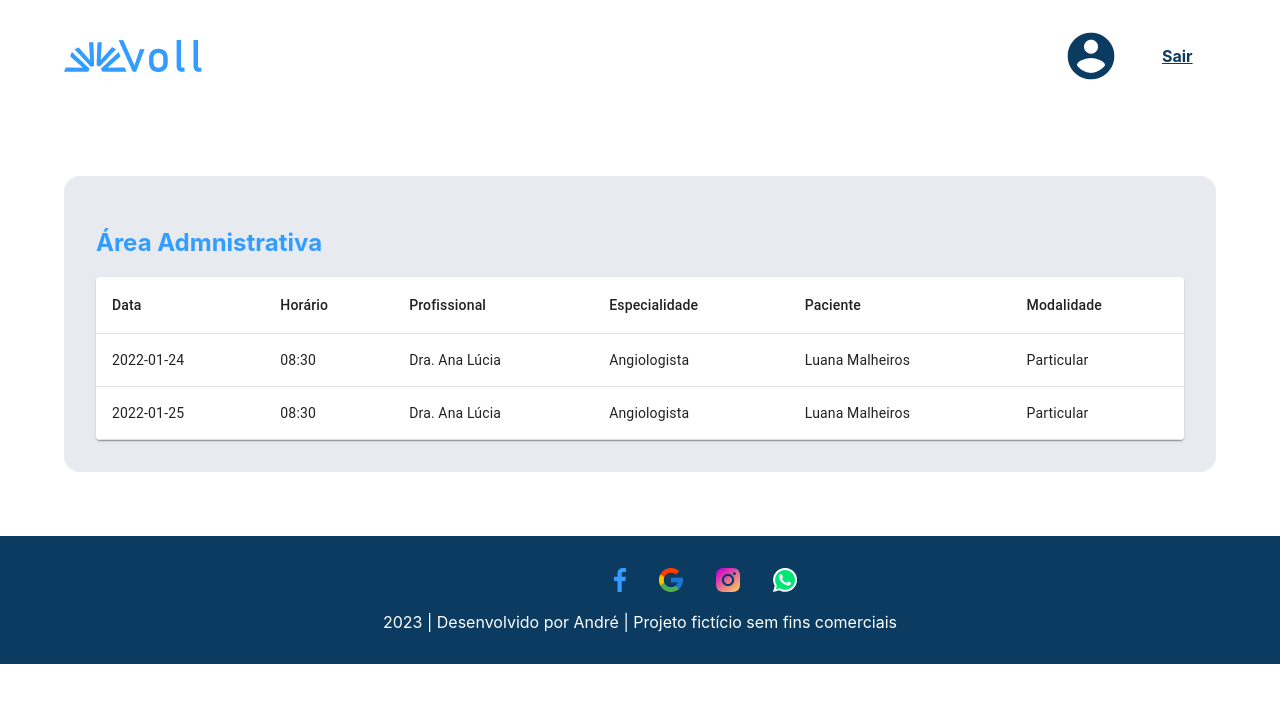
Repository: andrevff/voll-main
Page: /
An editor plug-in stored every save of this project. The page is shown before and after a run of saves, followed by the edit.
The browser window is 1280 px wide. The pictures show the whole page.
The project was rebuilt for these pictures with package versions that can differ from the ones it lists, and the page was loaded fresh each time. Requests to the local data server were answered from the project's data file. Also part of the build but not shown: src/App.css.

Above is the page before, as saved 2023-07-31 21:47:04.

After the next 7 saves:
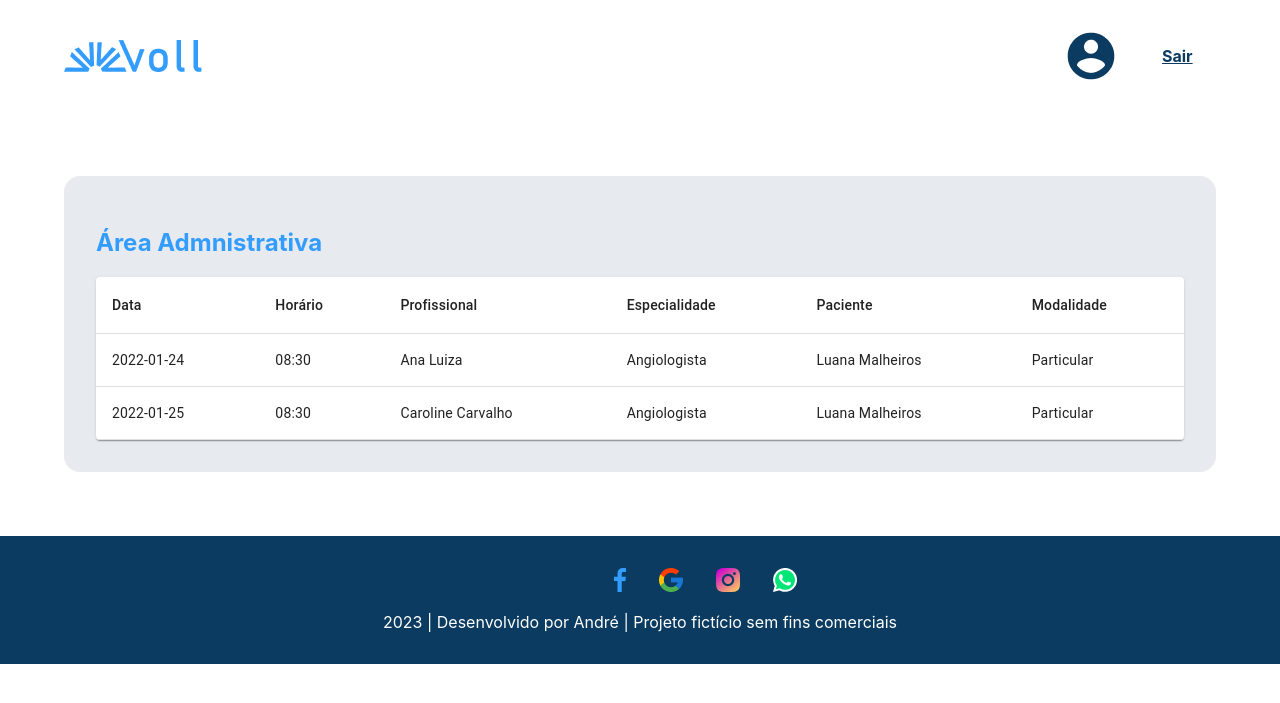
The 7 saves are shown as one change because 1 did not build or start and some came seconds apart.
The last was saved 39 s later.
--- a/src/components/tabela/index.tsx
+++ b/src/components/tabela/index.tsx
@@ -28,7 +28,7 @@ export default function Tabela({consultas} : {consultas : IConsulta[] | null}) {
                                 <TableRow>
                                     <TableCell component="th" scope="row">{linha.data}</TableCell>
                                     <TableCell>{linha.horario}</TableCell>
-                                    <TableCell>Dra. Ana Lúcia</TableCell>
+                                    <TableCell>{linha.profissional[0].nome}</TableCell>
                                     <TableCell>Angiologista</TableCell>
                                     <TableCell>Luana Malheiros</TableCell>
                                     <TableCell>Particular</TableCell>
